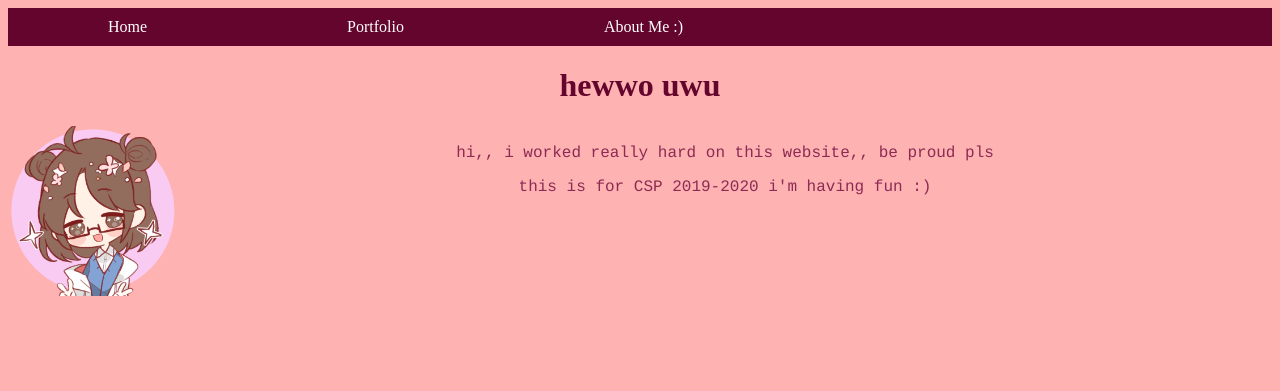
Repository: ycano1934/ycano1934.github.io
Page: my_website/about.html
The author's editor kept a record of every edit. The page is drawn from the files as they stood at one moment, then again after the next edit.
The browser window is 1280 px wide. The pictures show the whole page.

Above is the page before.

After the next edit:
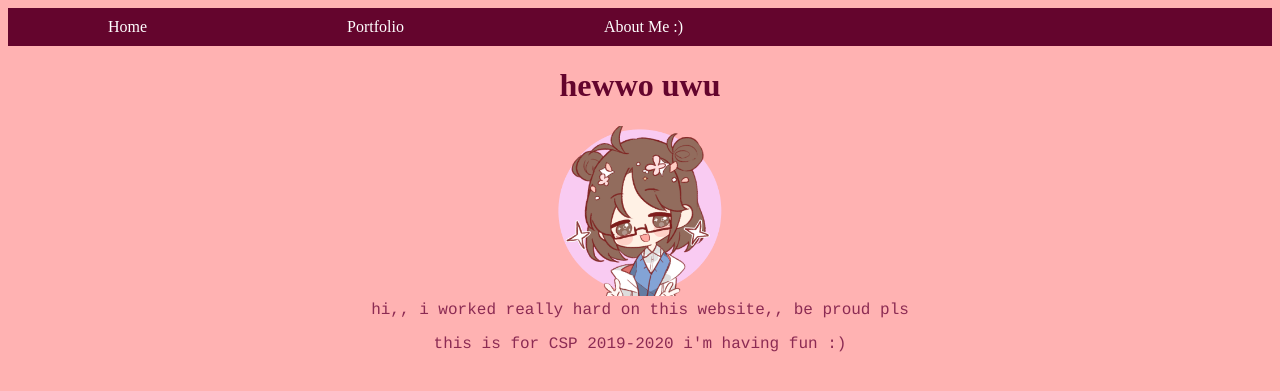
The edit:
--- a/my_website/about.html
+++ b/my_website/about.html
@@ -62,7 +62,7 @@
 
 
         <p id="paragraphlook" style="text-align:center;">
-          <img src="images/avatar.png" height="170" width="170" style="float:left;"><br>
+          <img src="images/avatar.png" height="170" width="170"><br>
             hi,, i worked really hard on this website,, be proud pls</p>
         <p id="paragraphlook" style="text-align:center;">this is for CSP 2019-2020 i'm having fun :)</p>
 
